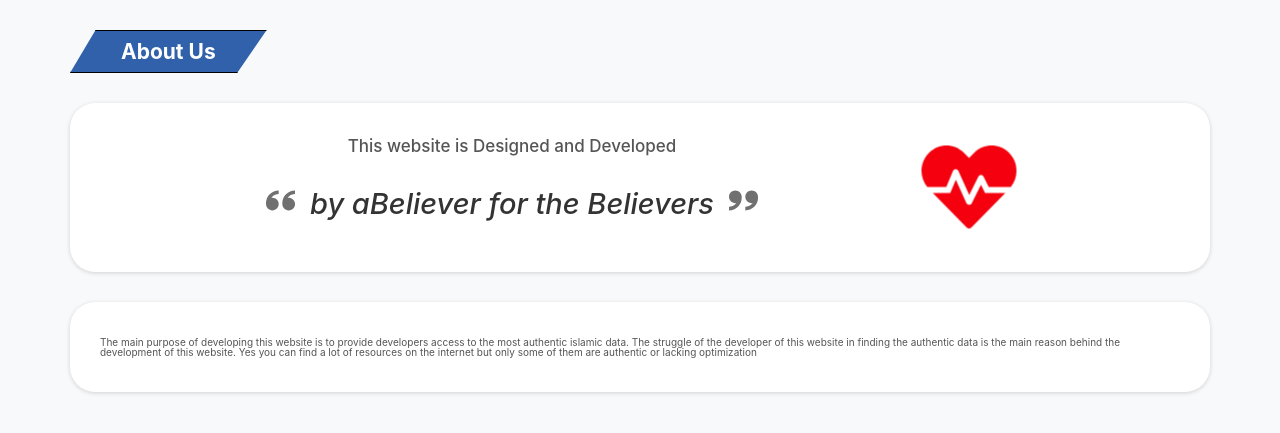
Repository: SpicierEwe/islamic-dev-repo
Page: /legal/about_us
The author's editor kept a copy of each file at every save. The page is drawn from the files as they stood at one save, then again after the next save.
The browser window is 1280 px wide. The pictures show the whole page.
The project was rebuilt for these pictures with package versions that can differ from the ones it lists, and the page was loaded fresh each time. The framework's server and built-in components were replaced by stand-ins that run in the browser. Also part of the build but not shown: next.config.js.

Above is the page before, as saved 2022-09-16 17:30:46.

### pages/_app.js
import "../styles/globals.css";
import { DataContextProvider } from "../store/data_context";

function MyApp({ Component, pageProps }) {
  return (
    <DataContextProvider>
      <Component {...pageProps} />
    </DataContextProvider>
  );
}

export default MyApp;

### pages/legal/about_us.js
import AboutUs from "../../components/legal/about_us/about_us";

export default function Legal() {
  return (
    <div>
      <AboutUs></AboutUs>
    </div>
  );
}

### styles/globals.css
html,
body,
div,
span,
applet,
object,
iframe,
h1,
h2,
h3,
h4,
h5,
h6,
p,
blockquote,
pre,
a,
abbr,
acronym,
address,
big,
cite,
code,
del,
dfn,
em,
img,
ins,
kbd,
q,
s,
samp,
small,
strike,
strong,
sub,
sup,
tt,
var,
b,
u,
i,
center,
dl,
dt,
dd,
ol,
ul,
li,
fieldset,
form,
label,
legend,
table,
caption,
tbody,
tfoot,
thead,
tr,
th,
td,
article,
aside,
canvas,
details,
embed,
figure,
figcaption,
footer,
header,
hgroup,
menu,
nav,
output,
ruby,
section,
summary,
time,
mark,
audio,
video {
  margin: 0;
  padding: 0;
  border: 0;
  vertical-align: baseline;
}
/* HTML5 display-role reset for older browsers */
article,
aside,
details,
figcaption,
figure,
footer,
header,
hgroup,
menu,
nav,
section {
  display: block;
}
body {
  line-height: 1;
}
ol,
ul {
  list-style: none;
}
blockquote,
q {
  quotes: none;
}
blockquote:before,
blockquote:after,
q:before,
q:after {
  content: "";
  content: none;
}
table {
  border-collapse: collapse;
  border-spacing: 0;
}

/*

 ////////////////////////////////////////////////////////////////////////////from here are the styles
 //////////////////////////////////////////////////////////////////////////

*/

:root {
  --complementary-blue: #0077b6;
  --heading_black: #080808;
}

html {
  font-size: 62.5%;
}

html,
body {
  padding: 0;
  margin: 0;
  /* font-family: "Roboto", "Open Sans", sans-serif, -apple-system,
    BlinkMacSystemFont, Segoe UI, Roboto, Oxygen, Ubuntu, Cantarell, Fira Sans,
    Droid Sans, Helvetica Neue, sans-serif; */

  font-family: -apple-system, BlinkMacSystemFont, Segoe UI, Roboto, Oxygen,
    Ubuntu, Cantarell, Fira Sans, Droid Sans, Helvetica Neue, sans-serif;
  font-weight: 400;
  line-height: 1;
  color: #555;
  box-sizing: border-box;

  background-color: #f8f9fb;

  /* will make the website unselectable/copyable */
  /* -webkit-touch-callout: none;
  -webkit-user-select: none;
  -khtml-user-select: none;
  -moz-user-select: none;
  -ms-user-select: none;
  user-select: none; */
}

a {
  color: inherit;
  text-decoration: none;
}

* {
  box-sizing: border-box;
}

### store/data_context.js
import { createContext, useState } from "react";

const DataContext = createContext({
  db: [],
  downlodable_data: [],
  globaliseDataFunction: (data) => {},
  globaliseDownloadableData: (data) => {},
});

export function DataContextProvider(props) {
  const [db, setDb] = useState([]);
  const [downlodableData, setdownlodableData] = useState([]);

  // globalize db
  function globaliseData(data) {
    /// will update the data
    setDb(data);
  }

  // globalize db
  function globaliseDownloadableData(data) {
    /// will update the data
    setdownlodableData(data);
  }

  const context = {
    db: db,
    downlodable_data: downlodableData,
    globaliseDataFunction: globaliseData,
    globaliseDownloadableData: globaliseDownloadableData,
  };

  return (
    <DataContext.Provider value={context}>
      {props.children}
    </DataContext.Provider>
  );
}

export default DataContext;

### components/legal/about_us/about_us.js
import styles from "./about_us.module.css";
import Image from "next/image";
import { ImQuotesLeft, ImQuotesRight } from "react-icons/im";
import { FaHeartbeat } from "react-icons/fa";

export default function AboutUs(props) {
  return (
    <div className={styles.bg}>
      <h1 className={styles.page_title}>About Us</h1>
      <div className={styles.container_development}>
        <div>
          <p className={styles.intro}>This website is Designed and Developed</p>
          <blockquote>
            <h3 className={styles.quote}>
              <ImQuotesLeft color="#707070" style={{ marginRight: "1.5rem" }} />
              by aBeliever for the Believers
              <ImQuotesRight color="#707070" style={{ marginLeft: "1.5rem" }} />
            </h3>
          </blockquote>
        </div>
        <div className={styles.heart_icon}>
          <FaHeartbeat size="9rem" color="f4000e" />
        </div>
      </div>
      <div className={styles.container_development}>
        <p>
          The main purpose of developing this website is to provide developers
          access to the most authentic islamic data. The struggle of the
          developer of this website in finding the authentic data is the main
          reason behind the development of this website. Yes you can find a lot
          of resources on the internet but only some of them are authentic or
          lacking optimization
        </p>
      </div>
    </div>
  );
}

### components/legal/about_us/about_us.module.css
.bg {
  /* background-color: red; */
  max-width: 120rem;
  padding: 0 3rem;
  margin: 0 auto;
}

.page_title {
  margin-top: 3rem;
  display: inline-block;
  clip-path: polygon(13% 0, 100% 0%, 85% 100%, 0% 100%);
  background-color: #3061aa;
  color: white;
  border: 1px solid black;
  padding: 1rem 5rem;
  font-size: 2.1rem;
}

.container_development {
  justify-content: center;
  align-items: center;
  display: flex;
  border-radius: 2.5rem;
  margin-top: 3rem;
  background-color: white;
  padding: 3.5rem 3rem;
  box-shadow: rgba(0, 0, 0, 0.16) 0px 1px 4px;
  justify-content: space-evenly;
}

.intro {
  text-align: center;
  font-weight: 500;
  color: #555;
  font-size: 1.7rem;
}

.quote {
  margin-top: 3rem;
  color: #333;
  font-weight: 500;
  font-size: 2.9rem;
  font-style: italic;
  padding-bottom: 1.9rem;
  text-align: center;
}

/* heart icon */
.heart_icon {
  animation: heartBeat 1.5s infinite;
}

/* heart icon animation */
@keyframes heartBeat {
  0% {
    transform: scale(1);
  }
  20% {
    transform: scale(1.1);
  }
  40% {
    transform: scale(1);
  }
  60% {
    transform: scale(1.1);
  }
  80% {
    transform: scale(1);
  }
  100% {
    transform: scale(1);
  }
}

/* media query */
@media (max-width: 768px) {
  .container_development {
    flex-direction: column;
    row-gap: 1.5rem;
  }
}

After the next save:
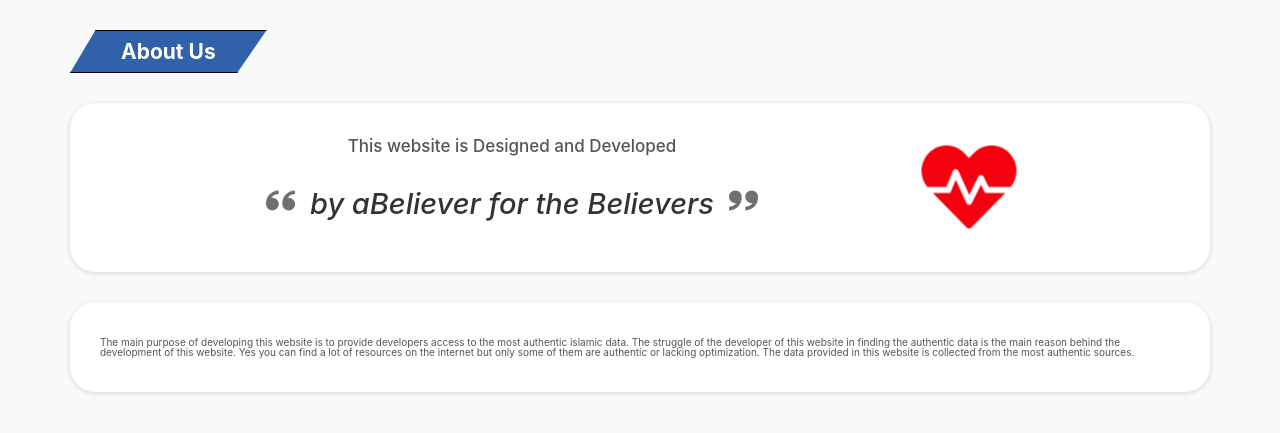
Saved 8 s later.
--- a/components/legal/about_us/about_us.js
+++ b/components/legal/about_us/about_us.js
@@ -29,7 +29,8 @@ export default function AboutUs(props) {
           developer of this website in finding the authentic data is the main
           reason behind the development of this website. Yes you can find a lot
           of resources on the internet but only some of them are authentic or
-          lacking optimization
+          lacking optimization. The data provided in this website is collected
+          from the most authentic sources.
         </p>
       </div>
     </div>
